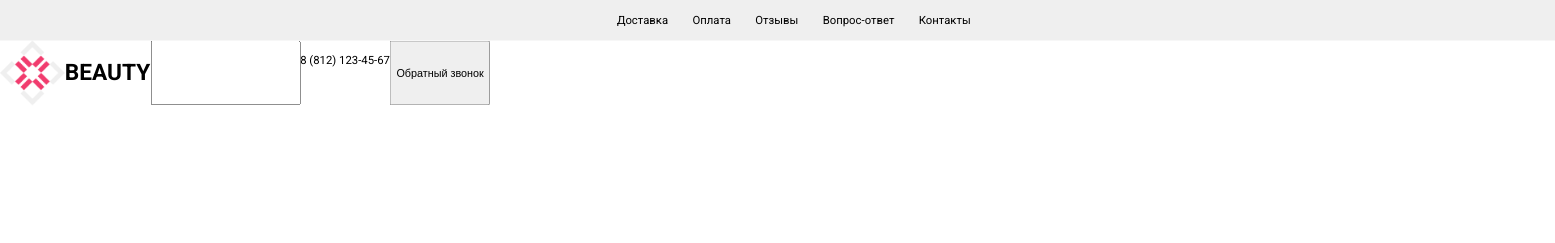
Repository: savannaaaas/verstka
Page: index.html
An editor plug-in stored every save of this project. The page is shown before and after the next save, followed by the edit.
The browser window is 1280 px wide. The page is 1920 px wide, so the pictures cover 1920 px, including what lies to the right of the window. The pictures show the whole page, at 81% of full size.
Some web fonts or font styles are not loaded; a fallback is used.

Above is the page before, as saved 2025-04-15 15:20:40.

After the next save:
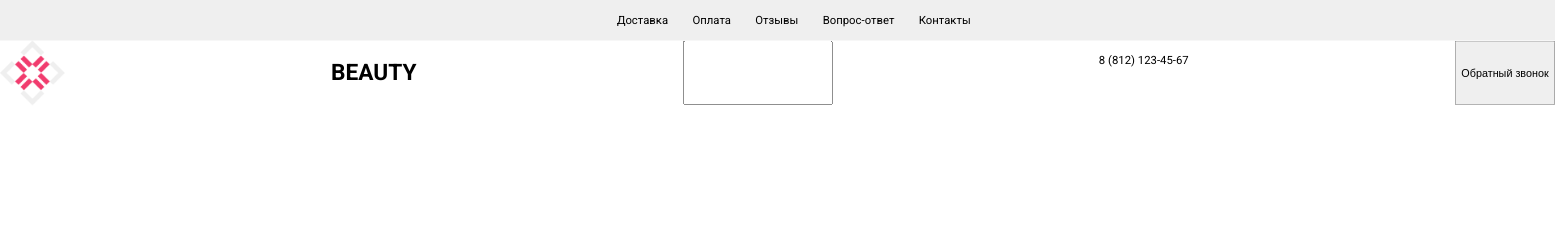
Saved 47 s later.
--- a/style.css
+++ b/style.css
@@ -28,5 +28,5 @@
    }
    .second-line{
     display: flex;
-    flex-wrap: nowrap;
+  justify-content: space-between;
    }
